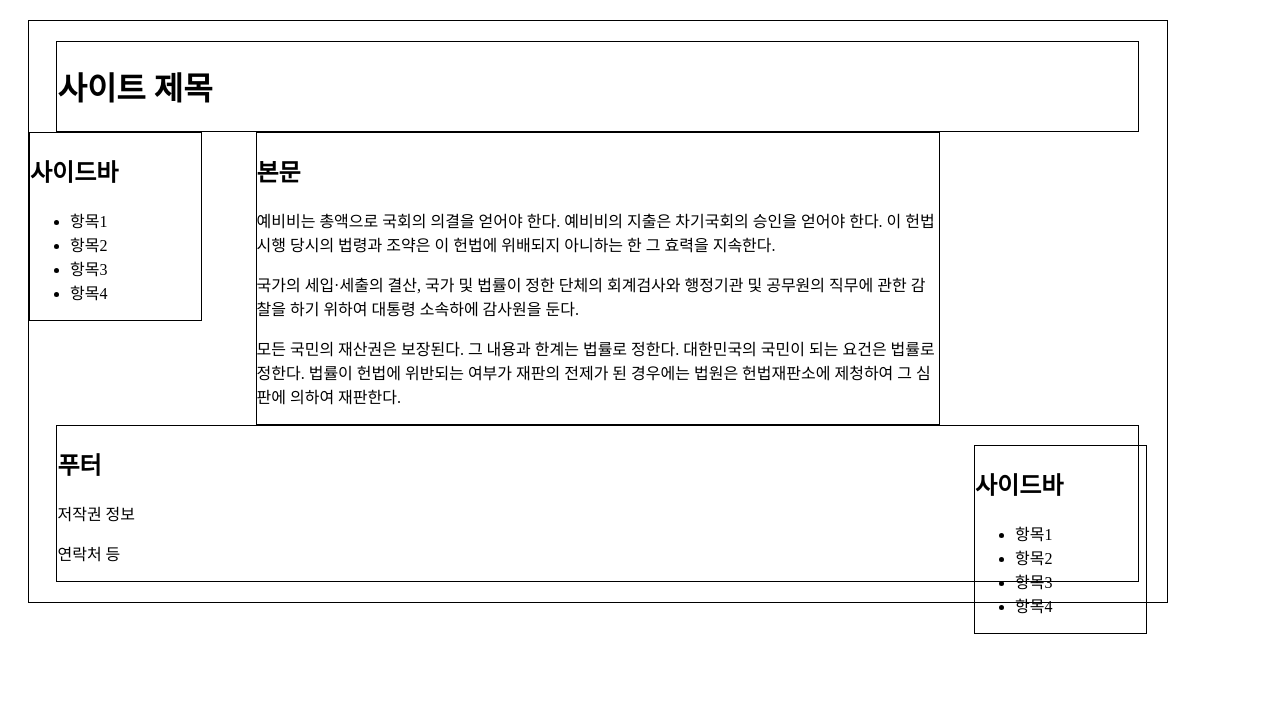
Repository: RyuJelly/java_web
Page: CSS/WebContent/3-layout.html
These files come from the project's save history. The page is drawn as it stood at one moment and after the next save; the edit follows.
The browser window is 1280 px wide. The pictures show the whole page.

Above is the page before, as saved 2021-03-08 07:22:27.

### CSS/WebContent/3-layout.html
<!doctype html>
<html lang="ko">
	<head>
		<title>CSS 레이아웃 - 2단 레이아웃</title>
		<meta charset="utf-8">
		<style>
			#container{
				width: 90%;
				height: 70%;
				border: 1px solid;
				margin: 20px;
			}

			#header{
				width: 95%;
				height: 25%;
				border: 1px solid;
				margin: auto;
				margin-top: 20px;
			}

			#left-sidebar{
				width: 15%;
				height: 30%;
				border: 1px solid;
				float: left;
				margin: auto;
			}

			#right-sidebar{
				width: 15%;
				height: 30%;
				border: 1px solid;
				float: right;
				margin: 20px;
			}

			#contents{
				width: 60%;
				height: 50%;
				border: 1px solid;
				margin: auto;
			}

			#footer{
				width: 95%;
				height: 25%;
				border: 1px solid;
				margin: auto;
				margin-bottom: 20px;
			}

		</style>
	</head>
	<body>
		<div id="container">
			<div id="header">
				<h1>사이트 제목</h1>
			</div>
			<div id="left-sidebar">
				<h2>사이드바</h2>
				<ul>
					<li>항목1</li>
					<li>항목2</li>
					<li>항목3</li>
					<li>항목4</li>
				</ul>
			</div>
			<div id="contents">
				<h2>본문</h2>
				<p>예비비는 총액으로 국회의 의결을 얻어야 한다. 예비비의 지출은 차기국회의 승인을 얻어야 한다. 이 헌법시행 당시의 법령과 조약은 이 헌법에 위배되지 아니하는 한 그 효력을 지속한다.</p>

				<p>국가의 세입·세출의 결산, 국가 및 법률이 정한 단체의 회계검사와 행정기관 및 공무원의 직무에 관한 감찰을 하기 위하여 대통령 소속하에 감사원을 둔다.</p>

				<p>모든 국민의 재산권은 보장된다. 그 내용과 한계는 법률로 정한다. 대한민국의 국민이 되는 요건은 법률로 정한다. 법률이 헌법에 위반되는 여부가 재판의 전제가 된 경우에는 법원은 헌법재판소에 제청하여 그 심판에 의하여 재판한다.</p>
			</div>
			<div id="right-sidebar">
				<h2>사이드바</h2>
				<ul>
					<li>항목1</li>
					<li>항목2</li>
					<li>항목3</li>
					<li>항목4</li>
				</ul>
			</div>
			<div id="footer">
				<h2>푸터</h2>
				<p> 저작권 정보 </p>
				<p> 연락처 등 </p>
			</div>
		</div>
	</body>
</html>

After the next save:
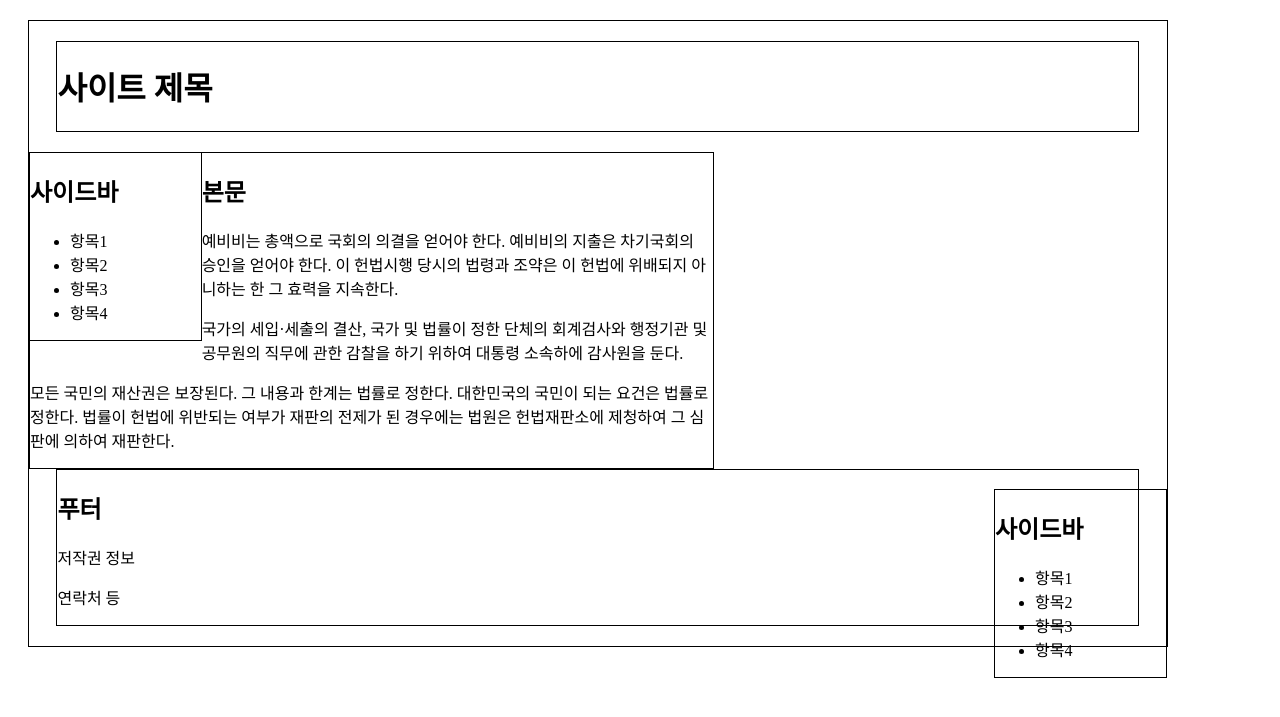
Saved 50 s later.
--- a/CSS/WebContent/3-layout.html
+++ b/CSS/WebContent/3-layout.html
@@ -24,7 +24,7 @@
 				height: 30%;
 				border: 1px solid;
 				float: left;
-				margin: auto;
+				margin-top: 20px;
 			}
 
 			#right-sidebar{
@@ -32,14 +32,14 @@
 				height: 30%;
 				border: 1px solid;
 				float: right;
-				margin: 20px;
+				margin-top: 20px;
 			}
 
 			#contents{
 				width: 60%;
 				height: 50%;
 				border: 1px solid;
-				margin: auto;
+				margin-top: 20px;
 			}
 
 			#footer{
